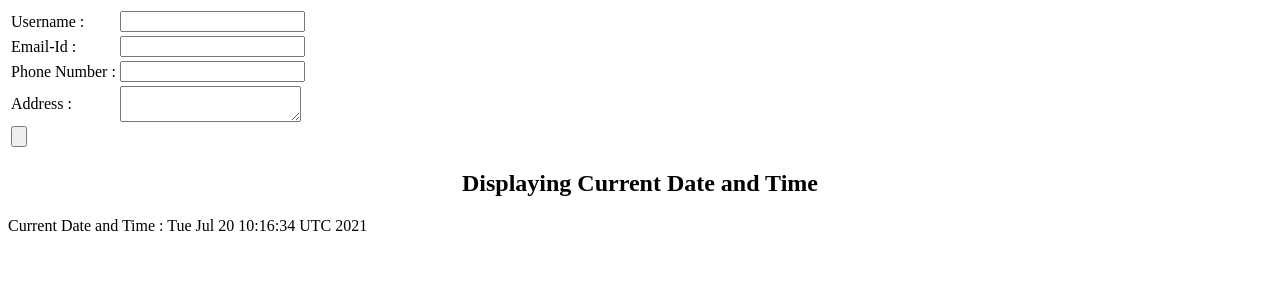
Repository: SHANMUGAPRIYAP98/SpringBootApp
Page: http://localhost/DateTime/
The author's editor kept a copy of each file at every save. The page is drawn from the files as they stood at one save, then again after the next save.
The browser window is 1280 px wide. The pictures show the whole page.
The page is served by Tomcat 9.

Above is the page before, as saved 2021-07-22 08:16:23.

### DateTime/src/main/webapp/index.jsp
<%@page import="java.util.Date"%>
<html>
<head>
<script>
function onGetData()
{
	var uname=document.getElementById('uname').value;
	console.log(uname)

}

</script>
</head>
<body>
<form>
<table>
<tr><td>Username : </td><td><input type="text" id="uname" /></td><td></td></tr>
<tr><td>Email-Id : </td><td><input type="email" id="mail" /></td></tr>
<tr><td>Phone Number : </td><td><input type="text" id="phone" maxlength="10" /></td></tr>
<tr><td>Address : </td><td><textarea  id="addr"></textarea>
<tr><td><input type="button" onClick="onGetData()" /></td></tr>
</table>
</form>
<h2><center>Displaying Current Date and Time</center></h2>
<%
out.println("Current Date and Time : "+new Date());
%>
</body>
</html>

After the next save:
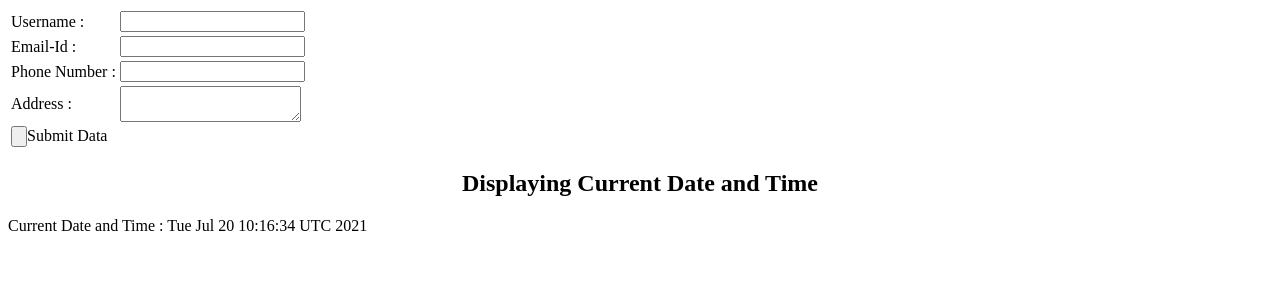
Saved 2 min 9 s later.
--- a/DateTime/src/main/webapp/index.jsp
+++ b/DateTime/src/main/webapp/index.jsp
@@ -4,6 +4,9 @@
 <script>
 function onGetData()
 {
+	var uname=document.getElementById('uname').value;
+	var uname=document.getElementById('uname').value;
+	var uname=document.getElementById('uname').value;
 	var uname=document.getElementById('uname').value;
 	console.log(uname)
 
@@ -18,7 +21,7 @@ function onGetData()
 <tr><td>Email-Id : </td><td><input type="email" id="mail" /></td></tr>
 <tr><td>Phone Number : </td><td><input type="text" id="phone" maxlength="10" /></td></tr>
 <tr><td>Address : </td><td><textarea  id="addr"></textarea>
-<tr><td><input type="button" onClick="onGetData()" /></td></tr>
+<tr><td><input type="button" onClick="onGetData()" />Submit Data</td></tr>
 </table>
 </form>
 <h2><center>Displaying Current Date and Time</center></h2>
